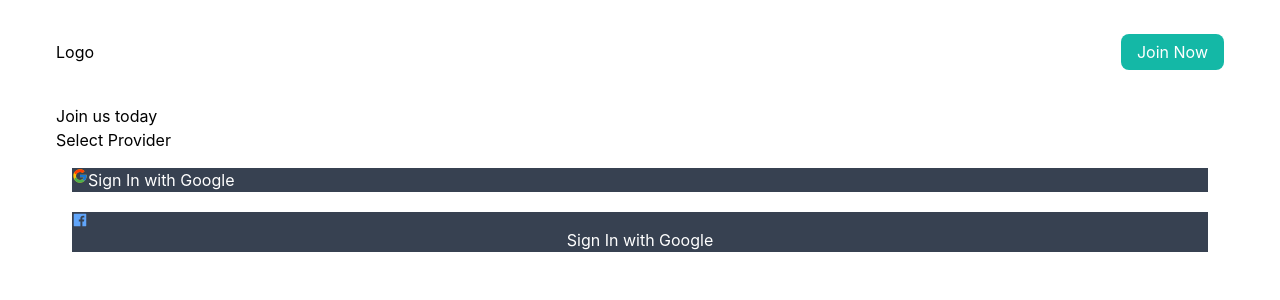
Repository: arafatmollah/auth-app
Page: /auth/login
The author's editor kept a copy of each file at every save. The page is drawn from the files as they stood at one save, then again after a run of saves.
The browser window is 1280 px wide. The pictures show the whole page.
The project was rebuilt for these pictures with package versions that can differ from the ones it lists, and the page was loaded fresh each time. The framework's server and built-in components were replaced by stand-ins that run in the browser. Also part of the build but not shown: next.config.js.

Above is the page before, as saved 2022-10-03 21:12:21.

After the next 2 saves:
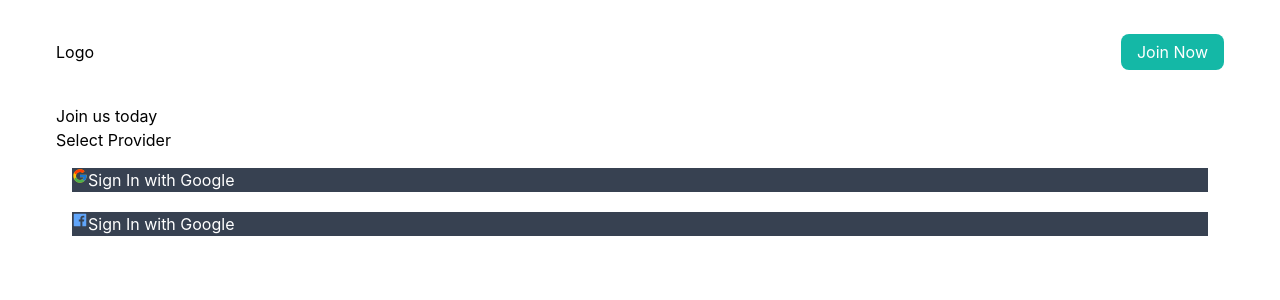
The 2 saves are shown as one change because they came seconds apart.
The last was saved 8 s later.
--- a/pages/auth/login.js
+++ b/pages/auth/login.js
@@ -12,7 +12,7 @@ export default function () {
                 <button className='bg-gray-700 text-white flex'>
                     <FcGoogle></FcGoogle>
                     Sign In with Google</button>
-                <button className='bg-gray-700 text-white mt-5'>
+                <button className='bg-gray-700 text-white mt-5 flex'>
                     <AiFillFacebook className='text-blue-400'></AiFillFacebook>
                     Sign In with Google</button>
             </div>
